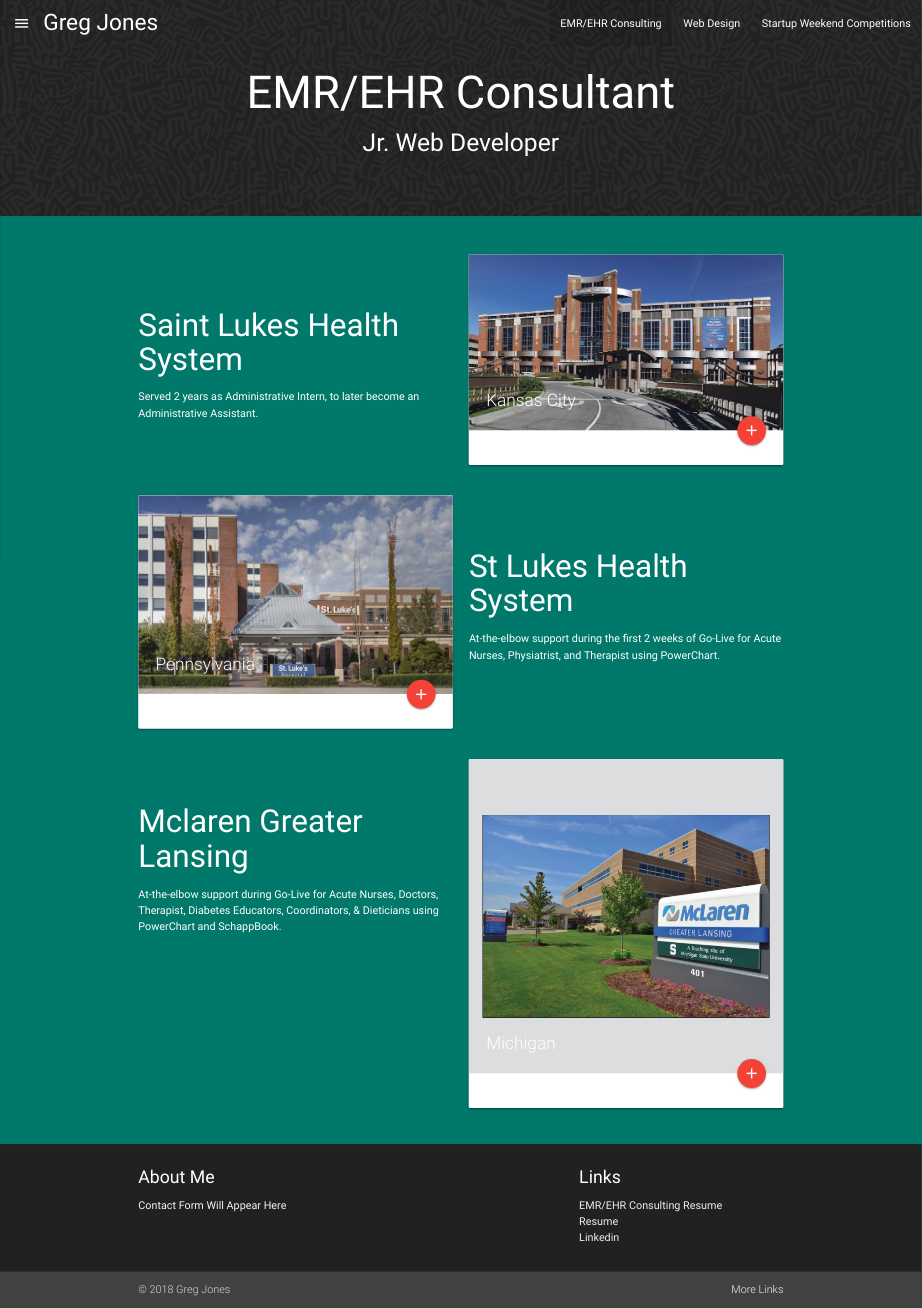
Repository: Greg919617/Existing-Portfolio
Page: index.html
An editor plug-in stored every save of this project. The page is shown before and after the next save, followed by the edit.
The browser window is 1280 px wide. The pictures show the whole page, at 72% of full size.
Some web libraries are served in a nearby version.

Above is the page before, as saved 2018-06-26 21:12:35.

### index.html
<!DOCTYPE html>
<html>

<head>
  <!--Import Google Icon Font-->
  <link href="https://fonts.googleapis.com/icon?family=Material+Icons" rel="stylesheet">
  <!--Import materialize.css-->
  <link type="text/css" rel="stylesheet" href="css/materialize.min.css" media="screen,projection" />
  <link type="text/css" rel="stylesheet" href="css/main.css" />

  <!--Let browser know website is optimized for mobile-->
  <meta name="viewport" content="width=device-width, initial-scale=1.0" />
  <title>Greg Jones Portfolio Site</title>
</head>

<body>
  <!-- Header -->
  <header class="main-header">
    <nav class="transparent nav-wrapper z-depth-0">
      <div class="nav-wrapper">
        <a href="#" data-activates="mobile-nav" class="button-collapse show-on-large">
          <i class="material-icons">menu</i>
        </a>
        <a href="index.html" class="brand-logo">Greg Jones</a>
        <ul class="right hide-on-med-and-down">
          <li class="active">
            <a href="index.html">EMR/EHR Consulting</a>
          </li>
          <li>
            <a href="web-design.html">Web Design</a>
          </li>
          <li>
            <a href="sw.html">Startup Weekend Competitions</a>
          </li>
        </ul>
      </div>
      <ul class="side-nav" id="mobile-nav">
        <li>
          <a href="index.html">EMR/EHR Consulting</a>
        </li>
        <li>
          <a href="web-design.html">Web Design</a>
        </li>
        <li>
          <a href="sw.html">Startup Weekend Competitions</a>
        </li>
      </ul>
    </nav>
    <h1 class="center">EMR/EHR Consultant</h1>
    <h4 class="center">Jr. Web Developer</h4>
  </header>

  <!-- Section: Main -->
  <section class="section section-main">
    <div class="container">
      <!-- Row 1 -->
      <div class="row row-1">
        <div class="col m6 hide-on-small-only">
          <div class="img-content">
            <h3>Saint Lukes Health System</h3>
            Served 2 years as Administrative Intern, to later become an Administrative Assistant.
          </div>
        </div>
        <div class="col m6">
          <div class="card">
            <div class="card-image">
              <img src="img/gallery/saintlukes.jpg" alt="">
              <span class="card-title">Kansas City</span>
              <a href="#abstract1" class="btn-floating halfway-fab waves-effect waves-light red modal-trigger">
                <i class="material-icons">add</i>
              </a>
            </div>
            <div class="card-content">
              <p>
                <!-- <i class="material-icons">star</i>
                <i class="material-icons">star</i>
                <i class="material-icons">star</i>
                <i class="material-icons">star</i>
                <i class="material-icons">star</i> -->
              </p>
            </div>
          </div>
        </div>
      </div>

      <!-- Row 2 -->
      <div class="row row-2">
        <div class="col m6">
          <div class="card">
            <div class="card-image">
              <img src="img/gallery/St-Lukes.jpg" alt="">
              <span class="card-title">Pennsylvania</span>
              <a href="#abstract2" class="btn-floating halfway-fab waves-effect waves-light red modal-trigger">
                <i class="material-icons">add</i>
              </a>
            </div>
            <div class="card-content">
              <p>
                <!-- <i class="material-icons">star</i>
                <i class="material-icons">star</i>
                <i class="material-icons">star</i>
                <i class="material-icons">star</i>
                <i class="material-icons">star_half</i> -->
              </p>
            </div>
          </div>
        </div>
        <div class="col m6 hide-on-small-only">
          <div class="img-content">
            <h3>St Lukes Health System</h3>
            At-the-elbow support during the first 2 weeks of Go-Live for Acute Nurses, Physiatrist, and Therapist using PowerChart.
          </div>
        </div>
      </div>

      <!-- Row 3 -->
      <div class="row row-3">
        <div class="col m6 hide-on-small-only">
          <div class="img-content">
            <h3>Mclaren Greater Lansing</h3>
            At-the-elbow support during Go-Live for Acute Nurses, Doctors, Therapist, Diabetes Educators, Coordinators, & Dieticians using PowerChart and SchappBook.
          </div>
        </div>
        <div class="col m6">
          <div class="card">
            <div class="card-image">
              <img src="img/gallery/mclaren.jpg" alt="">
              <span class="card-title">Michigan</span>
              <a href="#abstract3" class="btn-floating halfway-fab waves-effect waves-light red modal-trigger">
                <i class="material-icons">add</i>
              </a>
            </div>
            <div class="card-content">
              <p>
                <!-- <i class="material-icons">star</i>
                <i class="material-icons">star</i>
                <i class="material-icons">star</i>
                <i class="material-icons">star</i>
                <i class="material-icons">star</i> -->
              </p>
            </div>
          </div>
        </div>
      </div>
    </div>
  </section>

  <!-- Footer -->
  <footer class="page-footer">
    <div class="container">
      <div class="row">
        <div class="col l6 s12">
          <h5 class="white-text">About Me</h5>
          <p class="grey-text text-lighten-4">Contact Form Will Appear Here</p>
        </div>
        <div class="col l4 offset-l2 s12">
          <h5 class="white-text">Links</h5>
          <ul>
            <li>
              <a class="grey-text text-lighten-3" href="resources/emr-resume.pdf">EMR/EHR Consulting Resume</a>
            </li>
            <li>
              <a class="grey-text text-lighten-3" href="resources/updated-resume.pdf">Resume</a>
            </li>
            <li>
              <a class="grey-text text-lighten-3" href="https://www.linkedin.com/in/greg-jones-47544b88
              ">Linkedin</a>
            </li>

          </ul>
        </div>
      </div>
    </div>
    <div class="footer-copyright">
      <div class="container">
        © 2018 Greg Jones
        <a class="grey-text text-lighten-4 right" href="#!">More Links</a>
      </div>
    </div>
  </footer>

  <!-- Modal 1 -->
  <div id="abstract1" class="modal">
    <div class="modal-content">
      <h4>Saint Lukes Health System</h4>
      <img src="img/gallery/slhgroup.jpg" alt="" class="responsive-img">

      <br>
      <br>
      <br>Epic Training and Courses
      <br>
      <br>

      <br>Epic Cadence Registration
      <br> Epic Cadence Scheduling
      <br>Performance Improvement in the Workplace
      <br>Reading Studies in Radiant
      <br>Wet Reads in Radiant
      <br> Introduction to Willow
      <br>Willow IP Barcode Validation Training
      <br> ED NA/IA Online Training
      <br>Consult Tracking
    </div>
    <div class="modal-footer">
      <p>
        <!-- <i class="material-icons">star</i>
        <i class="material-icons">star</i>
        <i class="material-icons">star</i>
        <i class="material-icons">star</i>
        <i class="material-icons">star</i> -->
      </p>
    </div>
  </div>

  <!-- Modal 2 -->
  <div id="abstract2" class="modal">
    <div class="modal-content">
      <h4>Cerner PowerChart</h4>
      <img src="img/gallery/St-Lukes.jpg" alt="St Lukes Allentown, PA" class="responsive-img"> <br> At-the-elbow support during the Go-Live for Acute Nurses, Physiatrist, and Therapist using PowerChart.
    </div>
    <div class="modal-footer">
      <p>
        <!-- <i class="material-icons">star</i>
        <i class="material-icons">star</i>
        <i class="material-icons">star</i>
        <i class="material-icons">star</i>
        <i class="material-icons">star_half</i> -->
      </p>
    </div>
  </div>

  <!-- Modal 3 -->
  <div id="abstract3" class="modal">
    <div class="modal-content">
      <h4>Cerner PowerChart and SchappBook</h4>
      <img src="img/gallery/mclaren.jpg" alt="Mclaren Greater Lansing" class="responsive-img"> <br> At-the-elbow support during Go-Live for Medical Assistants, Medical Doctors, Diabetes Educators, Coordinators, and Dieticians using PowerChart/SchappBook.
    </div>
    <div class="modal-footer">
      <p>
        <!-- <i class="material-icons">star</i>
        <i class="material-icons">star</i>
        <i class="material-icons">star</i>
        <i class="material-icons">star</i>
        <i class="material-icons">star_half</i> -->
      </p>
    </div>
  </div>

  <!--Import jQuery before materialize.js-->
  <script type="text/javascript" src="https://code.jquery.com/jquery-3.2.1.min.js"></script>
  <script type="text/javascript" src="js/materialize.min.js"></script>
  <script>
    $(document).ready(function () {
      // Init Sidenav
      $('.button-collapse').sideNav();

      // Init Modal
      $('.modal').modal();

      // Scrollfire
      const options = [
        {
          selector: '.row-1', offset: 50, callback: function (el) {
            Materialize.fadeInImage($(el));
          }
        },
        {
          selector: '.row-2', offset: 300, callback: function (el) {
            Materialize.fadeInImage($(el));
          }
        },
        {
          selector: '.row-3', offset: 400, callback: function (el) {
            Materialize.fadeInImage($(el));
          }
        }
      ];

      Materialize.scrollFire(options);

    });
  </script>
</body>

</html>

Loaded but not shown: css/materialize.min.css (library); css/main.css (library); js/materialize.min.js (library)

After the next save:
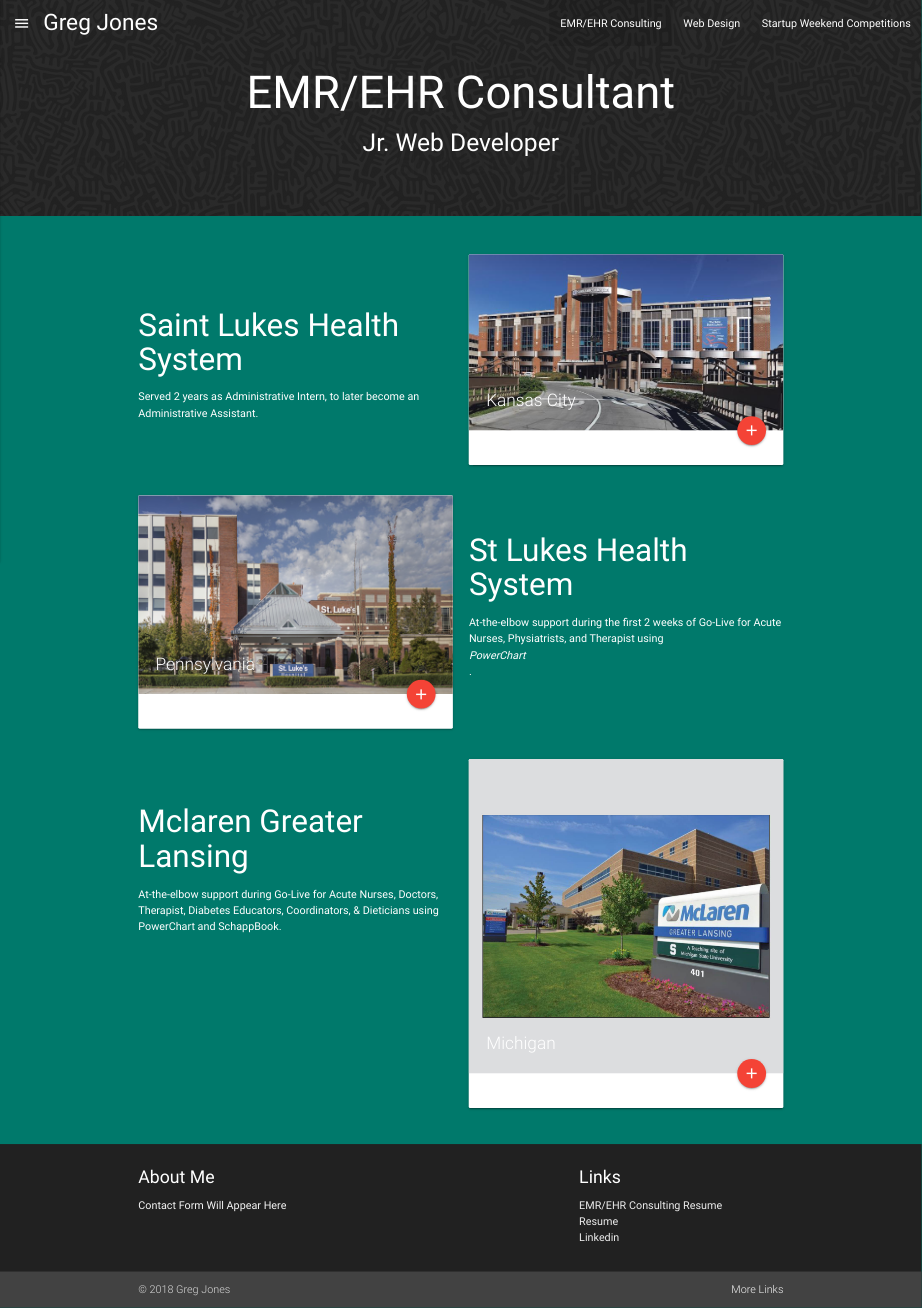
Saved 31 s later.
--- a/index.html
+++ b/index.html
@@ -108,7 +108,7 @@
         <div class="col m6 hide-on-small-only">
           <div class="img-content">
             <h3>St Lukes Health System</h3>
-            At-the-elbow support during the first 2 weeks of Go-Live for Acute Nurses, Physiatrist, and Therapist using PowerChart.
+            At-the-elbow support during the first 2 weeks of Go-Live for Acute Nurses, Physiatrists, and Therapist using <i>PowerChart</i>.
           </div>
         </div>
       </div>
